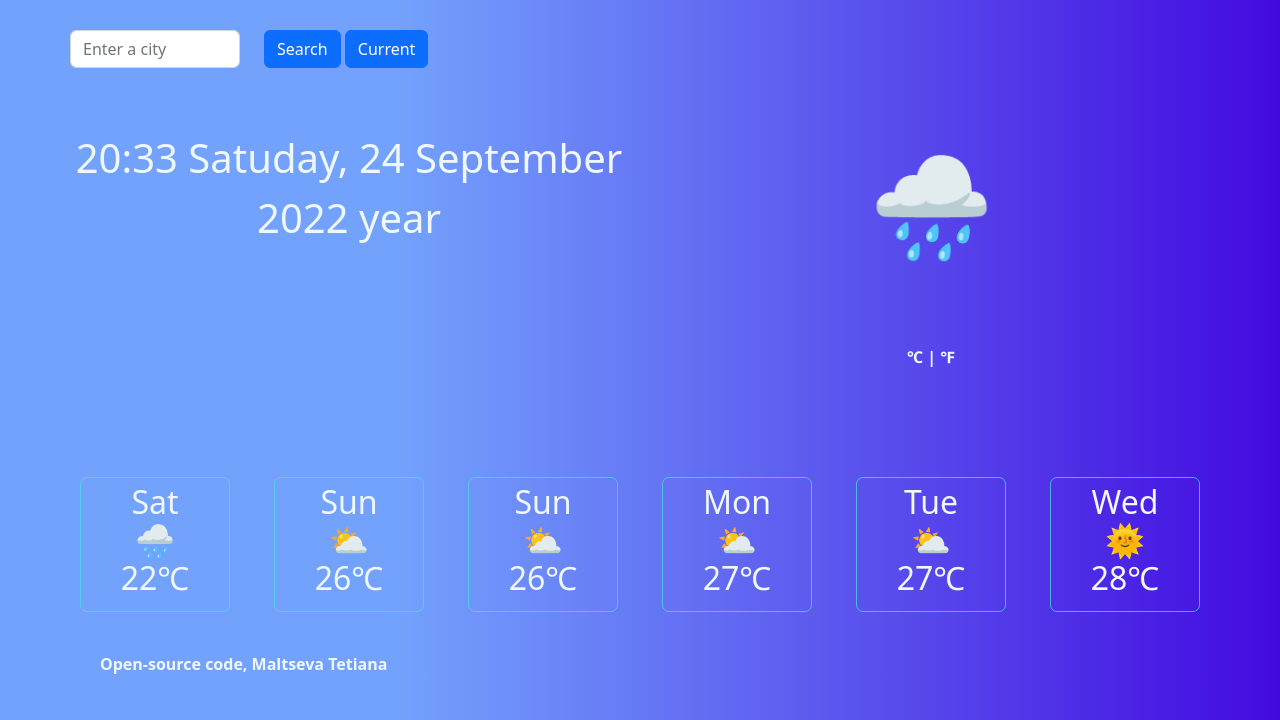
Repository: TetianaMaltseva/weather-maltseva
Page: index.html
The author's editor kept a copy of each file at every save. The page is drawn from the files as they stood at one save, then again after the next save.
The browser window is 1280 px wide. The pictures show the whole page.
The page's requests for data from a server got no answer.

Above is the page before, as saved 2022-10-02 16:48:21.
Console error (its wording comes from the project's code and is left out).

### index.html
<!DOCTYPE html>
<html lang="en">
  <head>
    <meta charset="UTF-8" />
    <meta http-equiv="X-UA-Compatible" content="IE=edge" />
    <meta name="viewport" content="width=device-width, initial-scale=1.0" />
    <script src="https://unpkg.com/axios/dist/axios.min.js"></script>
    <title>Weather</title>
    <link
      href="https://cdn.jsdelivr.net/npm/bootstrap@5.2.0/dist/css/bootstrap.min.css"
      rel="stylesheet"
      integrity="sha384-gH2yIJqKdNHPEq0n4Mqa/HGKIhSkIHeL5AyhkYV8i59U5AR6csBvApHHNl/vI1Bx"
      crossorigin="anonymous"
    />
    <link rel="stylesheet" href="style.css" />
  </head>
  <body>
<section class="header">
    <div class="container">
        <div class="row">
            <div class="col-xl-4">
                <form class="feedback_form" id="form_city">
                    <div class="row">
                        <div class="col-6">
                            <div class="text_city">
                                <input type="text" class="form-control" id="input_city" placeholder="Enter a city"  aria-label="Input group example" aria-describedby="btnGroupAddon">
                             </div>
                        </div>
                        <div class="col-6">
                             <div class="button_city">
                                 <input class="btn btn-primary" type="submit" value="Search">
                                 <button type="button" class="btn btn-primary" id="geolocation">Current</button>
                            </div>
                        </div>
                </div>
                </form>
                <div class="button_geolocation">


               </div>
            </div>
            <div class="col-xl-8"></div>
        </div>
    </div>
</section>
<section class="main">
    <div class="container">
        <div class="row">
            <div class="col-6">
                <div class="weather">
                    <div id="current_town"></div>
                    <div id="current_date"></div>
                </div>
            </div>
            <div class="col-6">
                <div class="current_weather">
                    <div class="emoji" id="emoji">🌧</div>
                    <div class="number" id="num"></div>
                     <span id="temperature" class="temperature"></span>
                     <a href="#"id="sels">℃</a> |
                     <a href="#" id="fahr">℉</a>
                    <p id="description">
                    </p>
                </div>
            </div>
        </div>
    </div>
</section>
<section class="footer">
    <div class="container">
        <div class="row">
            <div class="col-2">
                <div class="sat">
                    <h2>
                      Sat <br />
                      🌧<br />
                      22℃
                    </h2>
                </div>
            </div>
            <div class="col-2">
                <div class="sun">
                    <h2>
                      Sun <br />
                      ⛅ <br />
                      26℃
                    </h2>
                  </div>
            </div>
            <div class="col-2">
                <div class="sun">
                    <h2>
                      Sun <br />
                      ⛅ <br />
                      26℃
                    </h2>
                </div>
            </div>
            <div class="col-2">
                <div class="mon">
                    <h2>
                      Mon <br />
                      ⛅ <br />
                      27℃
                    </h2>
                </div>
            </div>
            <div class="col-2">
                <div class="tue">
                    <h2>
                      Tue <br />
                      ⛅ <br />
                      27℃
                    </h2>
                </div>
            </div>
            <div class="col-2">
                <div class="wed">
                    <h2>
                      Wed <br />
                      🌞 <br />
                      28℃
                    </h2>
                </div>
            </div>
        </div>
    </div>
</section>
<section class="link">
   <div>
    <a href="https://github.com/TetianaMaltseva/weather-maltseva.git">Open-source code,</a>
   Maltseva Tetiana</div>
</section>
    <script src="appw.js" defer></script>
</body>
</html>

### style.css
body{
    background: linear-gradient(90deg, rgb(115, 162, 252) 31%, rgb(67, 10, 224) 100%);
    color: #f0f8ff;
    font-weight: bold;

}
a{
    text-decoration: none;
    color: #f0f8ff;
}
.container{
    padding: 30px 0 30px 0;
}
.weather,.current_weather {
    text-align: center;
}
#current_town,.emoji{
    font-size: 100px;
}
.number,.temperature,.fahrenheit{
    display: inline;
    font-size: 75px;
    font-weight: 200;
}
#current_date{
    font-size: 40px;
    font-weight: 200;
}

.submit {
    border: 1px solid rgba(71, 81, 226, 0.74);
    color: blue;
    transition: all 3ms ease-in-out;
  }
  .submit:hover {
    border: 2px solid blue;
    color: rgb(3, 3, 109);
  }
  .sat,.sun,.mon, .tue,.wed {
    text-align: center;
    padding: 5px;
    margin: 10px;
    border: 1px solid rgba(71, 221, 226, 0.74);
    border-radius: 7px;
  }
  .link{
    text-align: left;
    margin-left: 100px;
  }

### appw.js
let now = new Date();
let days = [
    'Sunday',
    'Monday',
    'Tuesday',
    'Wednesday',
    'Thursday',
    'Friday',
    'Satuday']
let day = days[now.getUTCDay()];
let date = now.getDate();
let months = [
    'January',
    'February',
    'March',
    'April',
    'May',
    'June',
    'July',
    'August',
    'September',
    'October',
    'November',
    'December']
let month = months[now.getUTCMonth()];
let year = now.getFullYear();
let hours = now.getUTCHours();
let minutes = now.getUTCMinutes();

hours = (hours < 10) ? '0' + hours : hours;
minutes = (minutes < 10) ? '0' + minutes : minutes;

let currentDate = document.querySelector("#current_date");
currentDate.innerHTML = ` ${hours}:${minutes} ${day}, ${date} ${month} ${year} year `; //  пятница, 2 сентября


function showWeather(response){
    //  console.log(response.data);
    temperatureCelsius = response.data.main.temp;

    document.querySelector("#current_town").innerHTML = response.data.name;
    document.querySelector('#temperature').innerHTML = Math.round(response.data.main.temp);
    document.querySelector('#description').innerHTML = response.data.weather[0].description;
  //  document.querySelector('#emoji').setAttributesetAttribute("src", `http://openweathermap.org/img/wn/${response.data.weather[0].icon}@2x.png`);

    getForecast(response.data.coord);
    }
    function getForecast(coordinates) {
      console.log(coordinates);
      let units = 'metric';
      let apiKey = '4edb0a7a27b92eb939536e22c879746a';
      let apiUrl = `https://api.openweathermap.org/data/2.5/onecall?lat=${coordinates.lat}&lon=${coordinates.lon}&appid=${apiKey}&units=${units}`;
      axios.get(apiUrl).then(displayForecast);
  }

    function searchCity(city) {
      let units = "metric";
      let apiKey = '4edb0a7a27b92eb939536e22c879746a';
      let apiUrl = `https://api.openweathermap.org/data/2.5/weather?q=${city}&appid=${apiKey}&units=${units}`;
      axios.get(apiUrl).then(showWeather);
  }
  function showCity(event) {
    event.preventDefault();
    let city = document.querySelector("#input_city").value;
    searchCity(city);
   }

     let form = document.querySelector("#form_city");
     form.addEventListener("submit", showCity);

     searchCity('Berlin');


     // geolocation

  function showLocation(position) {
    let currentLatitude = position.coords.latitude;
    let currentLongitude = position.coords.longitude;
    let units = "metric";
    let apiKey = '4edb0a7a27b92eb939536e22c879746a';
    let apiUrl = `https://api.openweathermap.org/data/2.5/weather?lat=${currentLatitude}&lon=${currentLongitude}&appid=${apiKey}&units=${units}`;
    axios.get(apiUrl).then(showWeather);
  }
  function getCurrentLocation(event) {
      event.preventDefault();
      navigator.geolocation.getCurrentPosition(showLocation);
  }
  let currentLocationButton = document.querySelector('#geolocation');
  currentLocationButton.addEventListener('click', getCurrentLocation);

After the next save:
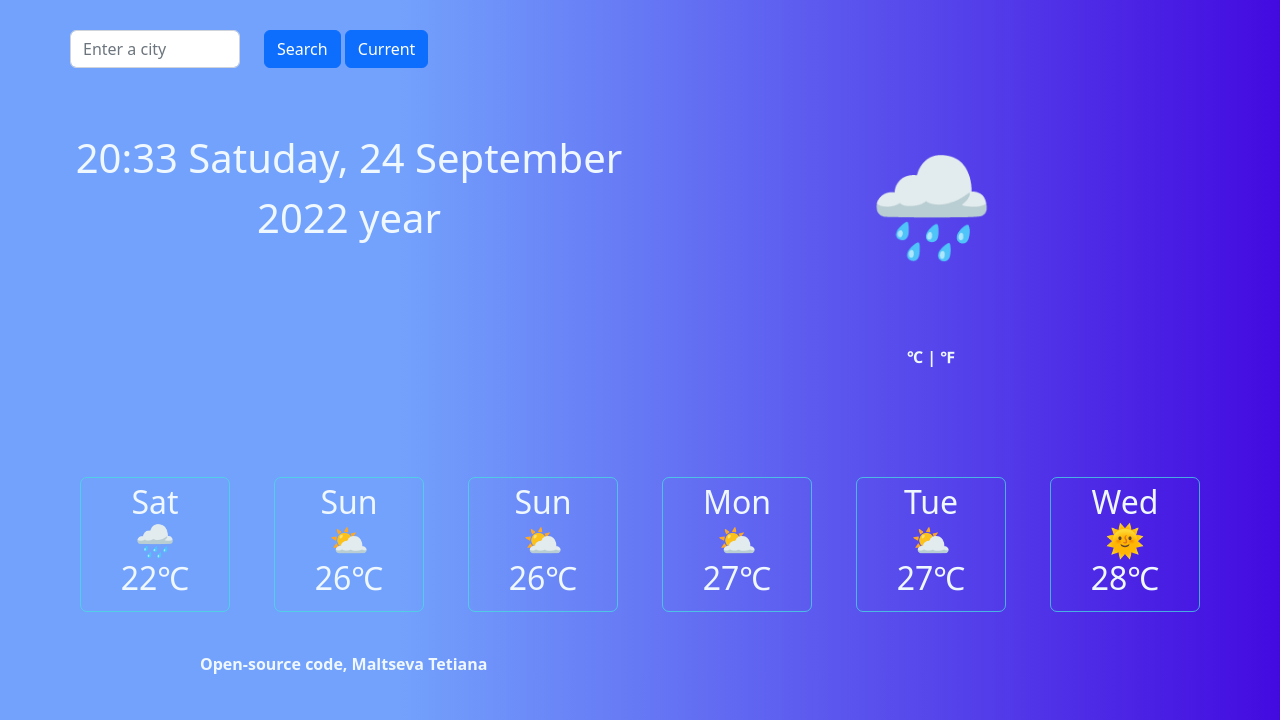
Saved 26 s later.
--- a/style.css
+++ b/style.css
@@ -45,5 +45,5 @@ a{
   }
   .link{
     text-align: left;
-    margin-left: 100px;
+    margin-left: 200px;
   }
